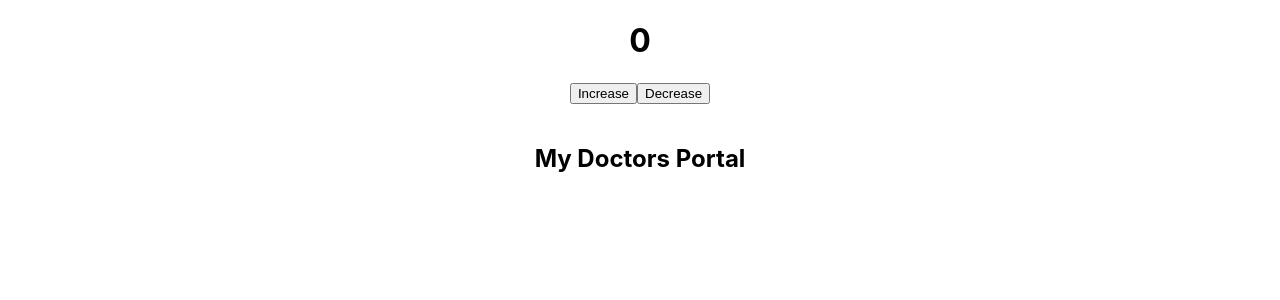
Repository: Sharif-00112/exploring-redux-useReducer
Page: /
The author's editor kept a copy of each file at every save. The page is drawn from the files as they stood at one save, then again after the next save.
The browser window is 1280 px wide. The pictures show the whole page.
The project was rebuilt for these pictures with package versions that can differ from the ones it lists, and the page was loaded fresh each time.

Above is the page before, as saved 2023-01-09 22:24:35.

### src/App.js
// import { useState } from 'react';
// import { useReducer } from 'react';
import './App.css';
import Count from './Components/Count';
import Portal from './Components/Portal';

function App() {
  // useState example
  // const [users, setUsers] = useState([]);

  // useReducer example
  // const [ state, dispatch ] = useReducer(countReducer, countState);

  return (
    <div className="App">
      <Count></Count>
      <br />
      <Portal></Portal>
    </div>
  );
}

export default App;

### src/Components/Count.js
import React, { useReducer } from 'react';

const countState = {
    count: 0,
    clicks: 0,
    users: [],
    active: true
}

const countReducer = (state, action) => {
    switch (action.type) {
        case 'increment':
            return {
                ...state,
                count: state.count + 1
            };
        case 'decrement':
            return {
                ...state,
                count: state.count - 1
            };
        default:
        //   throw new Error();
            return state;
    }
}

const Count = () => {
    const [ state, dispatch ] = useReducer(countReducer, countState);

    return (
        <div>
            <h1>{state.count}</h1>
            <button onClick={ () => dispatch({type: 'increment'})}>Increase</button>
            <button onClick={ () => dispatch({type: 'decrement'})}>Decrease</button>
        </div>
    );
};

export default Count;

### src/Components/Portal.js
import React from 'react';

const Portal = () => {
    return (
        <div>
            <h2>My Doctors Portal</h2>
        </div>
    );
};

export default Portal;

### src/reducers/portalReducer.js
export const portalReducer = (state, action) => {
    switch (action.type) {
        case 'increment':
            return {
                ...state,
                count: state.count + 1
            };
        case 'decrement':
            return {
                ...state,
                count: state.count - 1
            };
        default:
        //   throw new Error();
            return state;
    }
}

### src/store/portalStore.js
export const portalState = {
    doctors: [],
    patients: [],
    appointments: [],
    admin: [],
    isOpen: true
}

Loaded but not shown: public/index.html (common file); src/index.js (common file); src/index.css (common file); src/reportWebVitals.js (common file); src/App.css (common file)

After the next save:
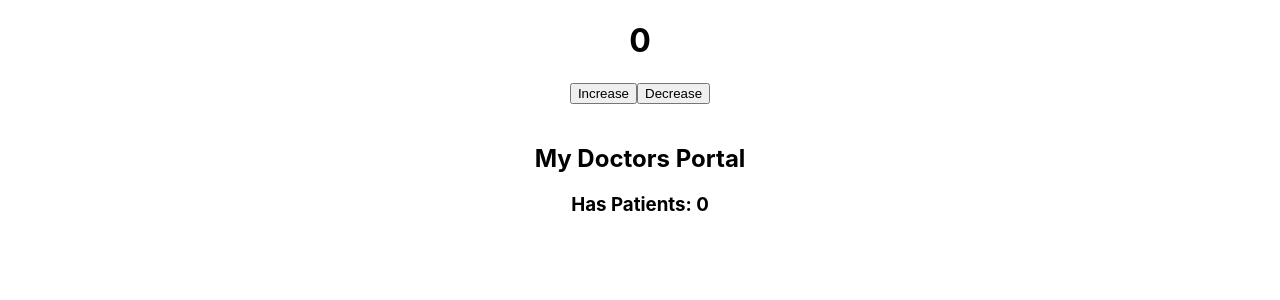
Saved 4 min 33 s later.
--- a/src/Components/Portal.js
+++ b/src/Components/Portal.js
@@ -1,9 +1,16 @@
-import React from 'react';
+import React, { useReducer } from 'react';
+import { portalReducer } from '../reducers/portalReducer';
+import { portalState } from '../store/portalStore';
+
+// here, reducer and state are in different page
 
 const Portal = () => {
+    const [state, dispatch] = useReducer(portalReducer, portalState);
+
     return (
         <div>
             <h2>My Doctors Portal</h2>
+            <h3>Has Patients: {state.patients.length}</h3>
         </div>
     );
 };
